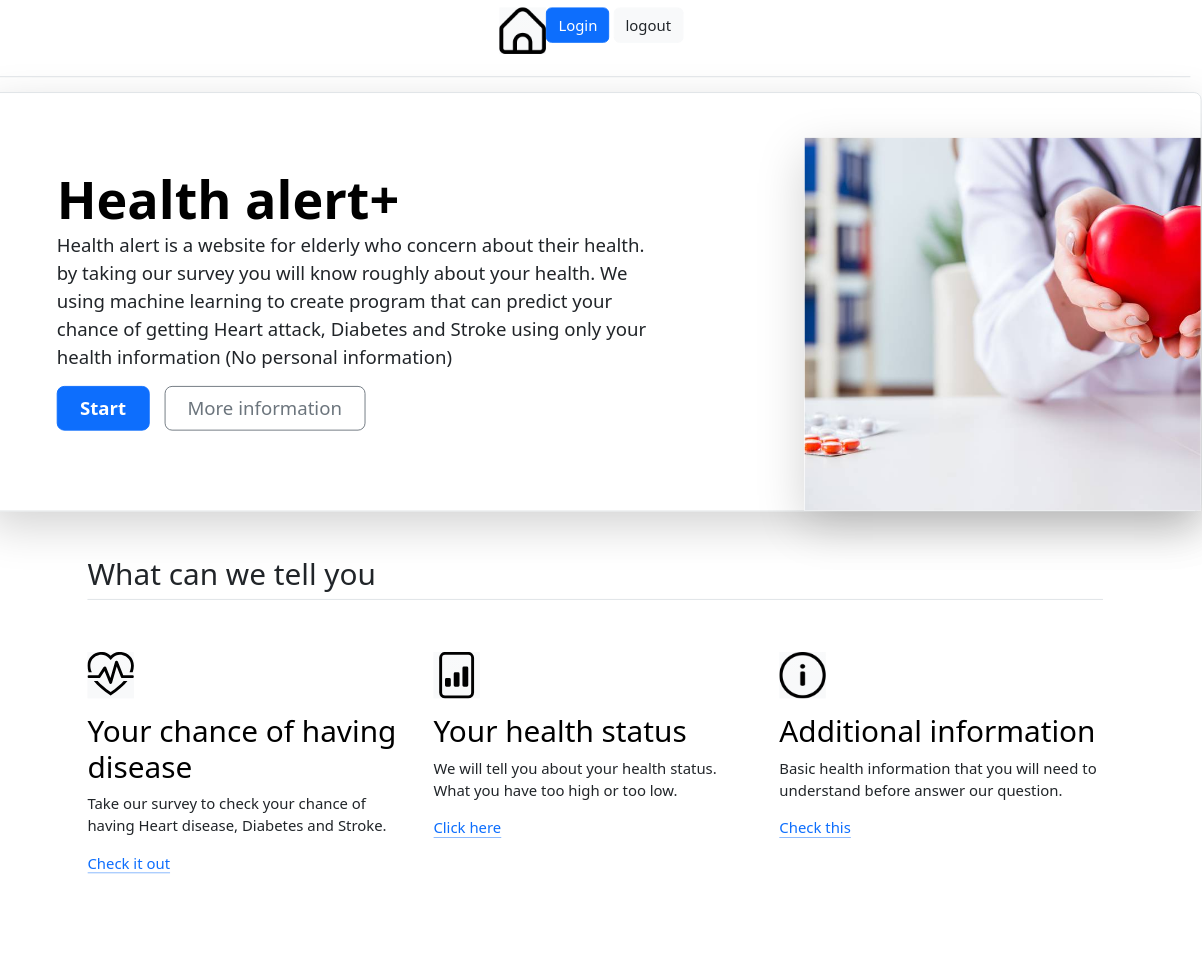
Repository: aneforollll/webapp
Page: http://localhost/
The author's editor kept a copy of each file at every save. The page is drawn from the files as they stood at one save, then again after the next save.
The browser window is 1280 px wide. The page is 1292 px wide, so the pictures cover 1292 px, including what lies to the right of the window. The pictures show the whole page, at 93% of full size.
The page is run by PHP 8.4 with error messages shown; the project is at /var/www/html/.

Above is the page before, as saved 2024-01-15 10:42:43.

After the next save:
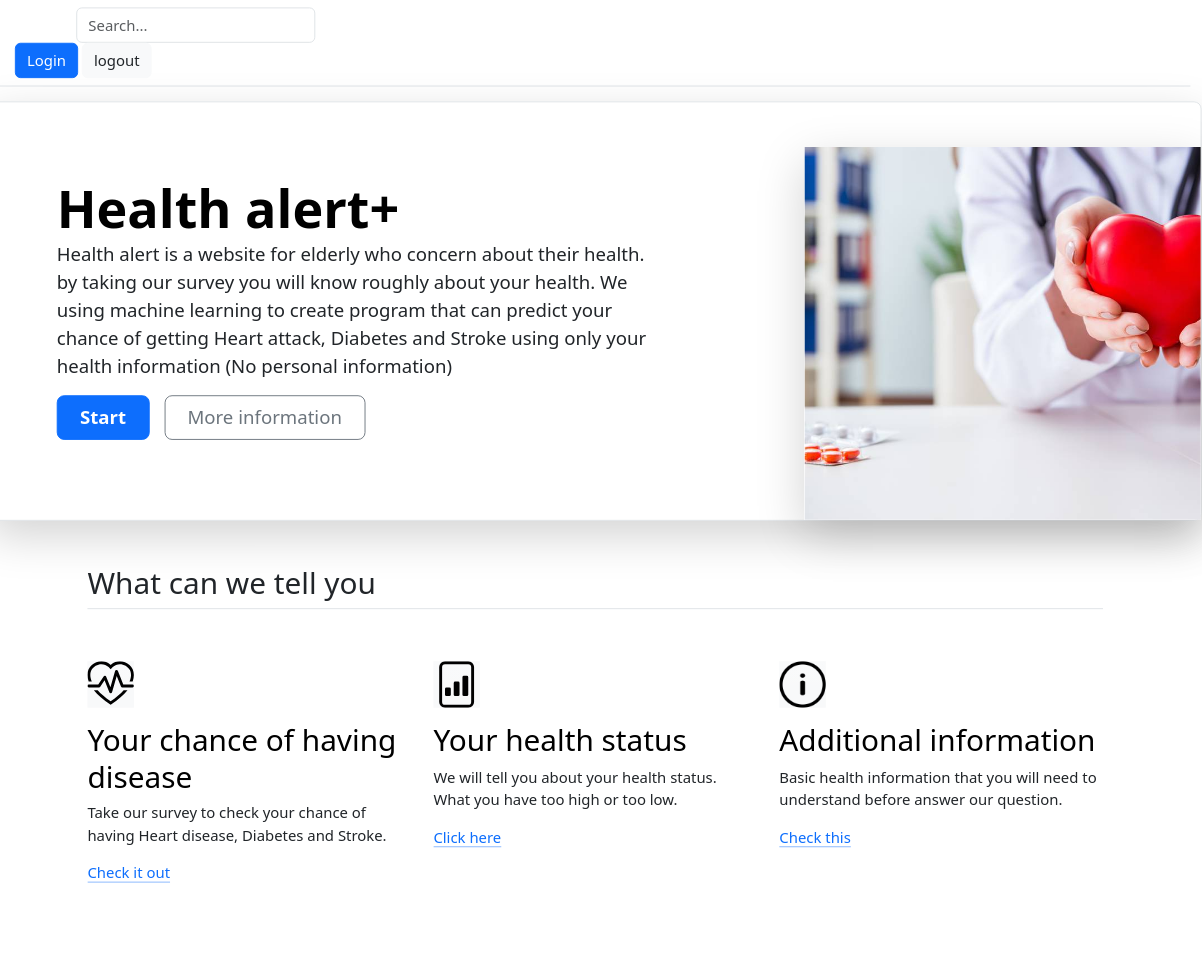
Saved 119 s later.
--- a/index.php
+++ b/index.php
@@ -10,8 +10,9 @@
 
   <div class="px-3 py-2 border-bottom mb-3">
       <div class="container d-flex flex-wrap justify-content-center">
-      <div class="feature-icon d-inline-flex align-items-center justify-content-start text-bg-light bg-gradient fs-2 mb-3">
-          <img src="images/home.png" width="50px">
+        <form class="col-12 col-lg-auto mb-2 mb-lg-0 me-lg-auto">
+          <input type="search" class="form-control" placeholder="Search..." aria-label="Search">
+        </form>
       </div>
         <div class="justify-content-end">
           <button type="button" class="btn btn-primary">Login</button>
